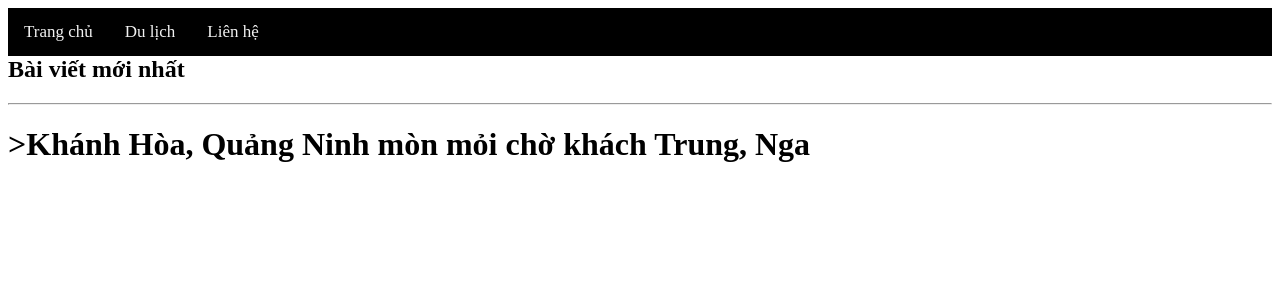
Repository: Lehuyhuynh/BTH2-CSS
Page: BTH3/BTH4/index.html
These files come from the project's save history. The page is drawn as it stood at one moment and after the next save; the edit follows.
The browser window is 1280 px wide. The pictures show the whole page.

Above is the page before, as saved 2023-08-11 16:48:06.

After the next save:
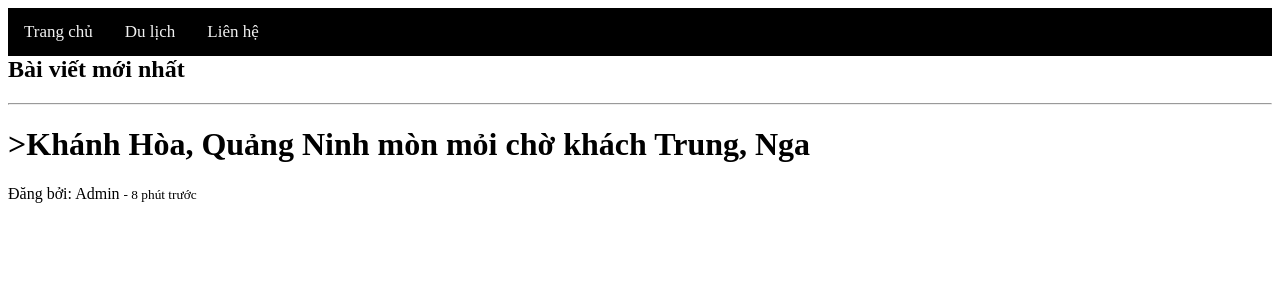
Saved 20 s later.
--- a/BTH3/BTH4/index.html
+++ b/BTH3/BTH4/index.html
@@ -23,7 +23,7 @@
         <hr class="hr">
         <div class="first">
           <h1>>Khánh Hòa, Quảng Ninh mòn mỏi chờ khách Trung, Nga</h1>
-          <p></p>
+          <p>Đăng bởi: Admin <small>- 8 phút trước</small></p>
         </div>
       </div>
     </div>
